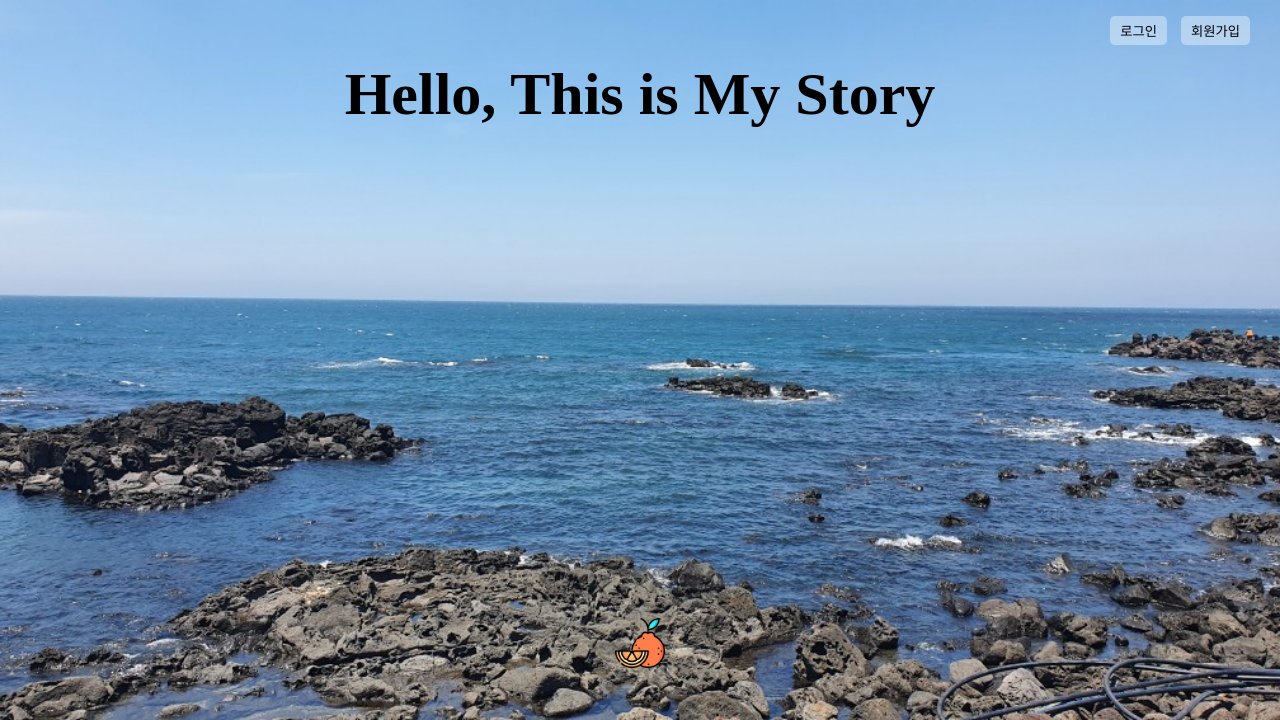
Repository: jeeniii/test2022_12_29
Page: http://localhost/portfolio/mem/login_auth
These files come from the project's save history. The page is drawn as it stood at one moment and after the next save; the edit follows.
The browser window is 1280 px wide. The pictures show the whole page.
The page is served by Tomcat 9. Other server files are loaded and not shown. Queries for data that is not in the repository find no rows.

Above is the page before, as saved 2022-12-13 08:24:22.

### JSP_Portfolio/portfolio/src/main/webapp/index.jsp
<%@ page language="java" contentType="text/html; charset=UTF-8"
    pageEncoding="UTF-8"%>
<%@ taglib uri="http://java.sun.com/jsp/jstl/core" prefix="c" %>
<!DOCTYPE html>
<html>
<head>
<meta charset="UTF-8">
<title>Insert title here</title>
<link rel="stylesheet" href="/resources/css/index.css" type="text/css">
<%@ include file="/header.jsp" %>
</head>
<body>

<div class="main_container">
		<div class="sub_container">
			<c:if test="${ses.id ne null }">
				<a href="/mem/list"><button type="button">함께하는 이웃들</button></a>
				<a href="/brd/register"><button type="button">게시판 등록</button></a>
				<a href="/brd/pageList"><button type="button">게시판 리스트</button></a>
				<a href="/mem/remove?id=${ses.id }" onclick="return confirm('정말 탈퇴하시겠습니까?');"><button type="button">회원 탈퇴</button></a>
			</c:if>
	</div>
</div>

<section>

</section>

<script type="text/javascript">
const msg='<c:out value="${msg_login }" />';
console.log(msg);
if(msg =="true"){ //console.log(typeof(msg)); 결과 string이 찍혀서 ""로 감쌌다.
	const id='<c:out value="${ses.nick_name}"/>';
	console.log(id);
	if(id != null){
		alert(id+ "님 환영합니다.");
	}
}else if(msg=="false"){
	alert("아이디 또는 패스워드가 틀립니다.");
}


const msg2='<c:out value="${msg_register }" />';
console.log(msg2);
if(msg2=="false"){
	alert("모든 항목을 입력해주세요");
}else if(msg2=="true"){
	alert("회원가입을 환영합니다.");
}
</script>
<%@ include file="/footer.jsp" %>
</body>
</html>

### JSP_Portfolio/portfolio/src/main/webapp/header.jsp
<%@ page language="java" contentType="text/html; charset=UTF-8"
    pageEncoding="UTF-8"%>
    <%@ taglib uri="http://java.sun.com/jsp/jstl/core" prefix="c" %>
<!DOCTYPE html>
<html>
<head>
<meta charset="UTF-8">

<link rel="stylesheet" href="/resources/css/header.css" type="text/css">
</head>
<body>
	<header>
		<div class="realHeader">
			<div class="headbar">
				<ul>

					<c:if test="${ses.id ne null }">
						<li>
							${ses.nick_name }님
						</li>
						<li>
							<a href="/mem/logout?id=${ses.id }"><button type="button">로그아웃</button></a>
						</li>
						<li>
							<a href="/mem/modify?id=${ses.id }"><button type="button">회원정보수정</button></a>
						</li>
					</c:if>

					<c:if test="${ses.id eq null }">
						<li>
							<a href="/mem/login"><button type="button">로그인</button></a>
						</li>
						<li>
							<a href="/mem/join"><button type="button"> 회원가입</button></a>
						</li>
					</c:if>
				</ul>
			</div>
		</div>
		<div class="topic">
			<h1>Hello, This is My Story</h1>
		</div>
	</header>
</body>
</html>

### JSP_Portfolio/portfolio/src/main/webapp/footer.jsp
<%@ page language="java" contentType="text/html; charset=UTF-8"
    pageEncoding="UTF-8"%>
    <%@ taglib uri="http://java.sun.com/jsp/jstl/core" prefix="c" %>
<!DOCTYPE html>
<html>
<head>
<meta charset="UTF-8">
<title>Insert title here</title>
<link rel="stylesheet" href="/resources/css/footer.css" type="text/css">
</head>
<body>
<footer>
		<a href="/" id="hanlabtn"><button type="button"><img src="/resources/한라봉.png" id="hanlabong"></button></a>
</footer>
</body>
</html>

### JSP_Portfolio/portfolio/src/main/java/controller/MemberController.java
package controller;

import java.io.IOException;
import java.util.List;

import javax.servlet.RequestDispatcher;
import javax.servlet.ServletException;
import javax.servlet.annotation.WebServlet;
import javax.servlet.http.HttpServlet;
import javax.servlet.http.HttpServletRequest;
import javax.servlet.http.HttpServletResponse;
import javax.servlet.http.HttpSession;

import org.slf4j.Logger;
import org.slf4j.LoggerFactory;

import domain.MemberVO;
import service.MemberService;
import service.MemberServiceImpl;

@WebServlet("/mem/*")
public class MemberController extends HttpServlet {
	private static final long serialVersionUID = 1L;
	private Logger log=LoggerFactory.getLogger(MemberController.class);
    private MemberService msv;
    private RequestDispatcher rdp;
    private String destPage;
    private int isOk;

    public MemberController() {
    	msv=new MemberServiceImpl();
    }

	protected void service(HttpServletRequest req, HttpServletResponse res) throws ServletException, IOException {
		req.setCharacterEncoding("utf-8");
		res.setCharacterEncoding("utf-8");
		res.setContentType("text/html; charset=utf-8");

		String uri=req.getRequestURI();
		String path=uri.substring(uri.lastIndexOf("/")+1);
		log.info("uri>> "+uri);
		log.info("path>> "+path);

		switch(path) {
		case "login":
			destPage="/member/login.jsp";
			break;

		case "join":
			destPage="/member/join.jsp";

			break;

		case "register":
			try {
				log.info("register check1");
				MemberVO mvo=new MemberVO(
						req.getParameter("id"),
						req.getParameter("pwd"),
						req.getParameter("nick_name"),
						req.getParameter("phone"),
						req.getParameter("addr1")+req.getParameter("addr2"));
				System.out.println(mvo.getId()=="");
				System.out.println(mvo.getPwd()=="");
				System.out.println(mvo.getNick_name()=="");
				System.out.println(mvo.getPhone()=="");
				if(
						mvo.getId()==""||
						mvo.getPwd()==""||
						mvo.getNick_name()==""||
						mvo.getPhone()=="") {
					log.info("Resend check");
					req.setAttribute("msg_register", false);
					//res.sendRedirect("/");
					destPage="/";
					//return;
				}else {
					isOk=msv.register(new MemberVO(
							req.getParameter("id"),
							req.getParameter("pwd"),
							req.getParameter("nick_name"),
							req.getParameter("phone"),
							req.getParameter("addr1").concat(", ").concat(req.getParameter("addr2"))));
					//concate으로 addr1과 addr2를 이어 붙이면서 그 가운데에 ", "도 더해준다.
					if(isOk>0) {
						req.setAttribute("msg_register", true);
					}
					log.info("register check4");
					destPage="/";
				}
			} catch (Exception e) {
				log.info("register error");
				e.printStackTrace();
			}
			break;

		case "login_auth": //실제 로그인이 일어나는 케이스
			try {
				MemberVO mvo=msv.login(new MemberVO(req.getParameter("id"),req.getParameter("pwd")));
				log.info("login check");
				if(mvo != null) {
					//세션 가져오기. 연결된 세션이 없다면 새로 생성
					HttpSession ses=req.getSession();
					//ses로 mvo를 바인딩
					ses.setAttribute("ses", mvo);
					ses.setMaxInactiveInterval(10*60);
					req.setAttribute("msg_login", true);
				}else {
					req.setAttribute("msg_login", false);
				}
				destPage="/";
			} catch (Exception e) {
				log.info("login_auth error");
				e.printStackTrace();
			}
			break;

		case "logout":
			try {
				HttpSession ses=req.getSession();
				ses.invalidate(); //무효화하다
				//로그인 정보 id를 주고 로그인 시간 update
				isOk=msv.lastLogin(req.getParameter("id"));
				log.info("check1");
				log.info("logout>> :"+(isOk>0?"Ok":"Fail"));
				destPage="/";
			} catch (Exception e) {
				log.info("logout error");
				e.printStackTrace();
			}
			break;

		case "list":
			try {
				log.info("list 1");
				List<MemberVO> list=msv.getList();
				req.setAttribute("list", list);
				log.info("list 4");
				destPage="/member/list.jsp";
			} catch (Exception e) {
				log.info("list error");
				e.printStackTrace();
			}
			break;

		case "modify":
			try {
				log.info("modify1");
				String id=req.getParameter("id");
				MemberVO mvo=msv.modify(id);
				req.setAttribute("mvo", mvo);
				log.info("modify4");
				destPage="/member/modify.jsp";
			} catch (Exception e) {
				log.info("modify error");
				e.printStackTrace();
			}
			break;

		case "update":
			try {
				log.info("update1");
				String id=req.getParameter("id");
				String pwd=req.getParameter("pwd");
				String nick_name=req.getParameter("nick_name");
				String phone=req.getParameter("phone");
				String addr=req.getParameter("addr1").concat(", ").concat(req.getParameter("addr2"));
				MemberVO mvo=new MemberVO(id,pwd,nick_name,phone,addr);
				isOk=msv.update(mvo);
				log.info("update4");
				if(isOk>0) {
					HttpSession ses=req.getSession();
					ses.setAttribute("ses", mvo);
					ses.setMaxInactiveInterval(10*60);
				}else {
					req.setAttribute("msg_update", 0);
				}
				log.info("controller update> "+(isOk>0?"ok":"fail"));
				destPage="/";
			} catch (Exception e) {
				log.info("update error");
				e.printStackTrace();
			}
			break;

		case "remove":
			try {
				log.info("remove1");
				String id=req.getParameter("id");
				HttpSession ses=req.getSession();
				ses.invalidate();
				isOk=msv.remove(id);
				destPage="/";
				log.info("remove4");
			} catch (Exception e) {
				log.info("remove error");
				e.printStackTrace();
				break;

			}
		default:
			break;
		}

		rdp=req.getRequestDispatcher(destPage);
		rdp.forward(req, res);
	}

	protected void doGet(HttpServletRequest request, HttpServletResponse response) throws ServletException, IOException {
		service(request, response);
	}

	protected void doPost(HttpServletRequest request, HttpServletResponse response) throws ServletException, IOException {
		service(request, response);
	}

}

### JSP_Portfolio/portfolio/src/main/java/service/MemberServiceImpl.java
package service;

import java.util.List;

import org.slf4j.Logger;
import org.slf4j.LoggerFactory;

import domain.MemberVO;
import repository.MemberDAO;
import repository.MemberDAOImpl;

public class MemberServiceImpl implements MemberService {
	private static final Logger log=LoggerFactory.getLogger(MemberServiceImpl.class);
	private MemberDAO mdao;

	public MemberServiceImpl() {
		mdao=new MemberDAOImpl();
	}

	@Override
	public int register(MemberVO mvo) {
		log.info("register check2");
		return mdao.insert(mvo);
	}

	@Override
	public MemberVO login(MemberVO mvo) {
		log.info("login check2");
		return mdao.selectOne(mvo);
	}

	@Override
	public int lastLogin(String id) {
		log.info("logout check2");
		return mdao.update(id);
	}

	@Override
	public List<MemberVO> getList() {
		log.info("list check2");
		return mdao.seletList();
	}

	@Override
	public MemberVO modify(String id) {
		log.info("modify check2");
		return mdao.modify(id);
	}

	@Override
	public int update(MemberVO mvo) {
		log.info("update check2");
		return mdao.update(mvo);
	}

	@Override
	public int remove(String id) {
		log.info("remove2");
		return mdao.delete(id);
	}

}

### JSP_Portfolio/portfolio/src/main/java/repository/MemberDAO.java
package repository;

import java.util.List;

import domain.MemberVO;

public interface MemberDAO {

	int insert(MemberVO mvo);

	MemberVO selectOne(MemberVO mvo);

	int update(String id);

	List<MemberVO> seletList();

	MemberVO modify(String id);

	int update(MemberVO mvo);

	int delete(String id);

}

### JSP_Portfolio/portfolio/src/main/java/repository/MemberDAOImpl.java
package repository;


import java.util.List;

import org.apache.ibatis.session.SqlSession;
import org.slf4j.Logger;
import org.slf4j.LoggerFactory;

import domain.MemberVO;
import orm.DataBaseBuilder;

public class MemberDAOImpl implements MemberDAO {
	private static final Logger log=LoggerFactory.getLogger(MemberDAOImpl.class);
	private SqlSession sql;
	private final String NS="MemberMapper.";

	public MemberDAOImpl() {
		new DataBaseBuilder();
		sql=DataBaseBuilder.getFactory().openSession();
	}

	@Override
	public int insert(MemberVO mvo) {
		log.info("check");
		int isOk=sql.insert(NS+"add",mvo);
		if(isOk>0) {
			sql.commit();
		}
		log.info("register check3");
		return isOk;
	}

	@Override
	public MemberVO selectOne(MemberVO mvo) {
		log.info("login check3");
		return sql.selectOne(NS+"login",mvo);
	}

	@Override
	public int update(String id) {
		int isOk=sql.update(NS+"last",id);
		if(isOk>0) {
			sql.commit();
		}
		log.info("logout check3");
		return isOk;
	}

	@Override
	public List<MemberVO> seletList() {
		log.info("list check3");
		return sql.selectList(NS+"list");
	}

	@Override
	public MemberVO modify(String id) {
		log.info("modify check3");
		return sql.selectOne(NS+"modify",id);
	}

	@Override
	public int update(MemberVO mvo) {
		int isOk=sql.update(NS+"update",mvo);
		if(isOk>0) {
			sql.commit();
		}
		log.info("update check3");
		return isOk;
	}

	@Override
	public int delete(String id) {
		log.info("remove3");
		int isOk=sql.delete(NS+"delete",id);
		if(isOk>0) {
			sql.commit();
		}
		return isOk;
	}

}

### JSP_Portfolio/portfolio/src/main/java/orm/DataBaseBuilder.java
package orm;

import org.apache.ibatis.io.Resources;
import org.apache.ibatis.session.SqlSessionFactory;
import org.apache.ibatis.session.SqlSessionFactoryBuilder;

public class DataBaseBuilder {
	private static SqlSessionFactory factory;

	static {
		try {
			factory=new SqlSessionFactoryBuilder().build(Resources.getResourceAsReader("orm/MybatisConfig.xml"));
		} catch (Exception e) {
			System.out.println("mybatis error");
			e.printStackTrace();
		}
	}
	public static SqlSessionFactory getFactory() {
		return factory;
	}

}

### JSP_Portfolio/portfolio/src/main/java/domain/MemberVO.java
package domain;

public class MemberVO {
	/*create table member3 (
	id varchar(100) not null,
	pwd varchar(100) not null,
	nick_name varchar(100) not null,
	reg_at datetime default current_timestamp,
	last_login datetime not null,
	primary key(id));*/
	private String id;
	private String pwd;
	private String nick_name;
	private String phone;
	private String addr;
	private String reg_at;
	private String last_login;

	public MemberVO() {}

	//login(id,pwd)
	public MemberVO(String id,String pwd) {
		this.id=id;
		this.pwd=pwd;
	}
	//join,modify(id,pwd,nick_name)
	public MemberVO(String id,String pwd,String nick_name,String phone,String addr) {
		this.id=id;
		this.pwd=pwd;
		this.nick_name=nick_name;
		this.phone=phone;
		this.addr=addr;
	}
	//list(all)
	public MemberVO(String id,String pwd,String nick_name,String phone,String addr,String reg_at,String last_login) {
		this.id=id;
		this.pwd=pwd;
		this.nick_name=nick_name;
		this.phone=phone;
		this.addr=addr;
		this.reg_at=reg_at;
		this.last_login=last_login;
	}

	public String getId() {
		return id;
	}

	public void setId(String id) {
		this.id = id;
	}

	public String getPwd() {
		return pwd;
	}

	public void setPwd(String pwd) {
		this.pwd = pwd;
	}

	public String getNick_name() {
		return nick_name;
	}

	public void setNick_name(String nick_name) {
		this.nick_name = nick_name;
	}

	public String getReg_at() {
		return reg_at;
	}

	public void setReg_at(String reg_at) {
		this.reg_at = reg_at;
	}

	public String getLast_login() {
		return last_login;
	}

	public void setLast_login(String last_login) {
		this.last_login = last_login;
	}

	public String getPhone() {
		return phone;
	}

	public void setPhone(String phone) {
		this.phone = phone;
	}

	public String getAddr() {
		return addr;
	}

	public void setAddr(String addr) {
		this.addr = addr;
	}

}

### JSP_Portfolio/portfolio/src/main/java/domain/BoardVO.java
package domain;

public class BoardVO {
	private int bno;
	private String title;
	private String writer;
	private String content;
	private String reg_date;
	private int read_count;
	private String image_file;

	public BoardVO() {}

	//insert(title,writer,content)
	public BoardVO(String title,String writer,String content) {
		this.title=title;
		this.writer=writer;
		this.content=content;
	}
	//list(bno,title,writer,reg_date,read_count)
	public BoardVO(int bno,String title,String writer,String reg_date,int read_count) {
		this.bno=bno;
		this.title=title;
		this.writer=writer;
		this.reg_date=reg_date;
		this.read_count=read_count;
	}
	//update(bno,title,content)
	public BoardVO(int bno,String title,String content) {
		this.bno=bno;
		this.title=title;
		this.content=content;
	}
	//count(bno,read_count)
	public BoardVO(int bno,int read_count) {
		this.bno=bno;
		this.read_count=read_count;
	}

	public int getBno() {
		return bno;
	}

	public void setBno(int bno) {
		this.bno = bno;
	}

	public String getTitle() {
		return title;
	}

	public void setTitle(String title) {
		this.title = title;
	}

	public String getWriter() {
		return writer;
	}

	public void setWriter(String writer) {
		this.writer = writer;
	}

	public String getContent() {
		return content;
	}

	public void setContent(String content) {
		this.content = content;
	}

	public String getReg_date() {
		return reg_date;
	}

	public void setReg_date(String reg_date) {
		this.reg_date = reg_date;
	}

	public int getRead_count() {
		return read_count;
	}

	public void setRead_count(int read_count) {
		this.read_count = read_count;
	}

	public String getImage_file() {
		return image_file;
	}

	public void setImage_file(String image_file) {
		this.image_file = image_file;
	}

}

### JSP_Portfolio/portfolio/src/main/java/domain/PagingVO.java
package domain;

public class PagingVO {
	private int pageNo;
	private int qty;

	public PagingVO() {
		this(1,5);
	}

	public PagingVO(int pageNo,int qty) {
		this.pageNo=pageNo;
		this.qty=qty;
	}

	public int getPageStart() {
		return (this.pageNo-1)*qty;
	}

	public void setPageNo(int pageNo) {
		this.pageNo = pageNo;
	}

	public int getQty() {
		return qty;
	}

	public void setQty(int qty) {
		this.qty = qty;
	}

	public int getPageNo() {
		return pageNo;
	}

}

### JSP_Portfolio/portfolio/src/main/webapp/resources/css/index.css
@charset "UTF-8";
* {
    margin: 0;
    padding: 0;
    box-sizing: border-box;
}

.main_container{
	display: inline-block;
	margin: 0 auto;
}
.sub_container{
	display: flex;
	min-width:100%;
	min-height:50%;
	margin-top: 30px;
}
button[type="button"]{
	border: 0px;
	padding: 5px 10px;
	border-radius: 5px;
	background-color: rgba(255, 255, 255, 0.377);
}
section{
	min-height: 450px;
}

### JSP_Portfolio/portfolio/src/main/webapp/resources/css/header.css
@charset "UTF-8";
* {
    margin: 0;
    padding: 0;
    box-sizing: border-box;
}
body{
	width:100%;
	height:100%;
	background-image: url("/resources/제주 바다.jpg");
	background-repeat: no-repeat;
	background-size: cover;
}
.topic{
	text-align: center;
	font-size: 30px;
}
.realHeader{
	height: 60px;
}
.headbar{
	display: flex;
	align-items: center;
	float: right;
	padding: 0px 30px;
	height: 60px;
}
.headbar>ul{
    list-style-type: none;
}
.headbar>ul>li{
	display: inline;;
	margin-left: 10px;
	line-height: 30px;
	vertical-align: middle;
}
.headbar>ul>li>a{
	font-size: 20px;
	font-weight: 700px;
	color: black;
    text-decoration-line:none ;
}
button[type="button"]{
	border: 0px;
	padding: 5px 10px;
	border-radius: 5px;
	background-color: rgba(255, 255, 255, 0.377);
}

### JSP_Portfolio/portfolio/src/main/webapp/resources/css/footer.css
@charset "UTF-8";
#hanlabong{
    width: 50px;
    height: 50px;
}

#hanlabtn{
	background-color: transparent;
	border:none;
	cursor: pointer;
}
#hanlabtn button{
	background-color: transparent;
	border:none;
	cursor: pointer;

}
#hanlabtn:hover{
	transform:scale(1.5);
  	transition: transform .5s;
}
footer{
	width: 100%;
	display: flex;
	justify-content: center;
}

After the next save:
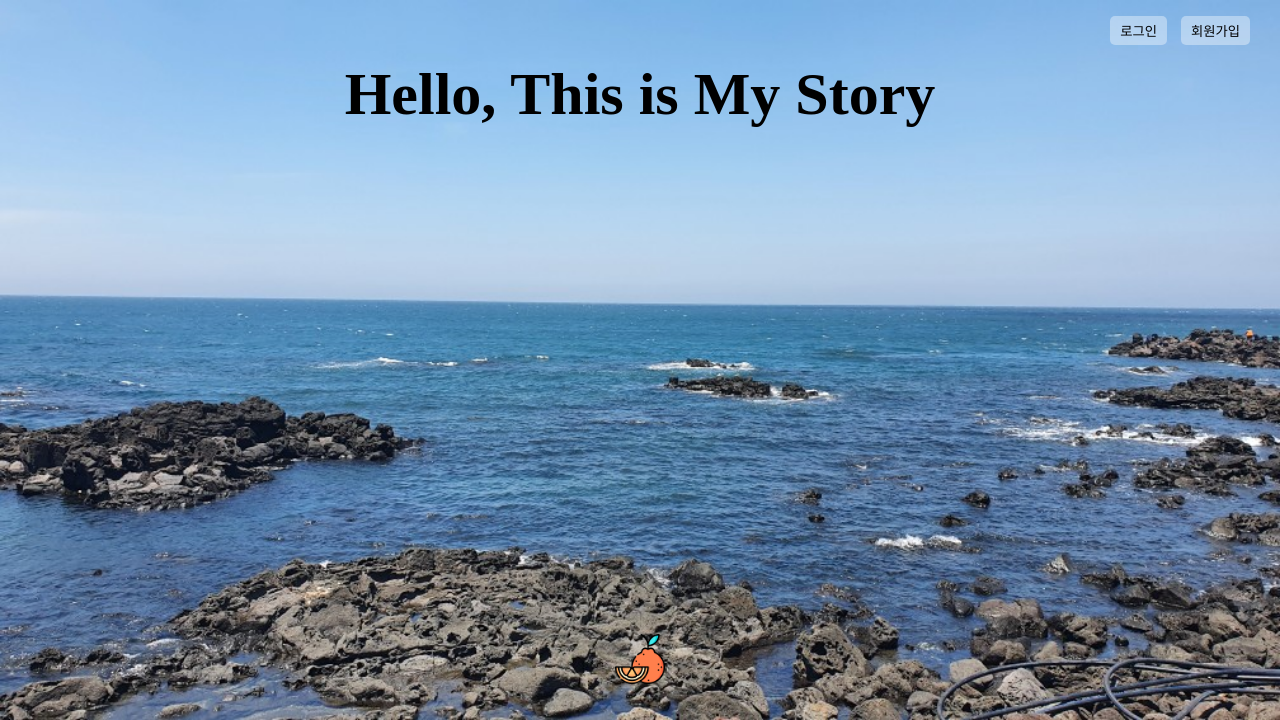
Saved 32 s later.
--- a/JSP_Portfolio/portfolio/src/main/webapp/resources/css/index.css
+++ b/JSP_Portfolio/portfolio/src/main/webapp/resources/css/index.css
@@ -1,19 +1,13 @@
 @charset "UTF-8";
-* {
-    margin: 0;
-    padding: 0;
-    box-sizing: border-box;
-}
 
 .main_container{
-	display: inline-block;
-	margin: 0 auto;
-}
-.sub_container{
 	display: flex;
 	min-width:100%;
 	min-height:50%;
-	margin-top: 30px;
+}
+.main_container2{
+	display: inline-block;
+	margin: 0 auto;
 }
 button[type="button"]{
 	border: 0px;
@@ -22,5 +16,5 @@ button[type="button"]{
 	background-color: rgba(255, 255, 255, 0.377);
 }
 section{
-	min-height: 450px;
+	min-height: 500px;
 }
